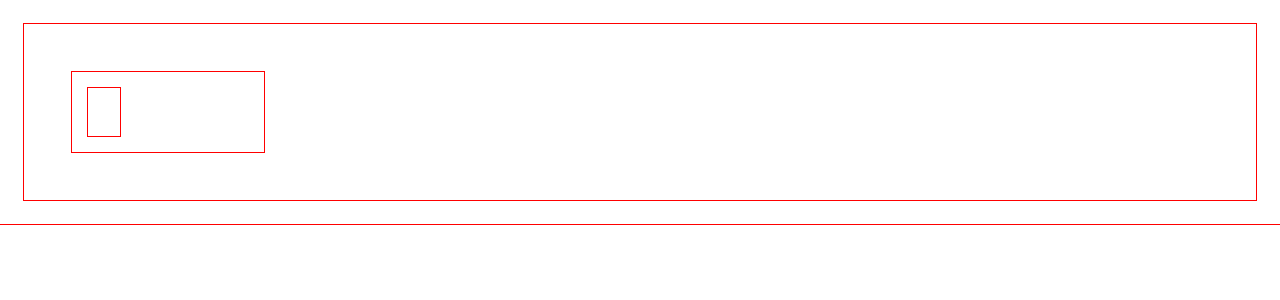
Repository: JacobSkilling-dot/Project1-Blog
Page: Week3-Blog.html
An editor plug-in stored every save of this project. The page is shown before and after the next save, followed by the edit.
The browser window is 1280 px wide. The pictures show the whole page.

Above is the page before, as saved 2023-01-16 19:46:12.

### Week3-Blog.html
<!DOCTYPE html>
<html lang="en">
<head>
    <meta charset="UTF-8">
    <meta http-equiv="X-UA-Compatible" content="IE=edge">
    <meta name="viewport" content="width=device-width, initial-scale=1.0">
    <title>Website Template</title>
    <link rel="stylesheet" href="style.css">
</head>
<body>
    <div class="main-content">
        <div class="search-bar"></div>
        <style>
            .main-content{
                width: 10rem;
                height: 3rem;
                margin: 2rem;
                display: flex;
            }

            .search-bar{
                align-content: center;
                align-items: center;

            }
        </style>
    </div>

</body>
</html>

### style.css
* {
    outline: 1px solid rgb(255, 0, 0);
    padding: 1rem;
    min-height: 1rem;
}

After the next save:
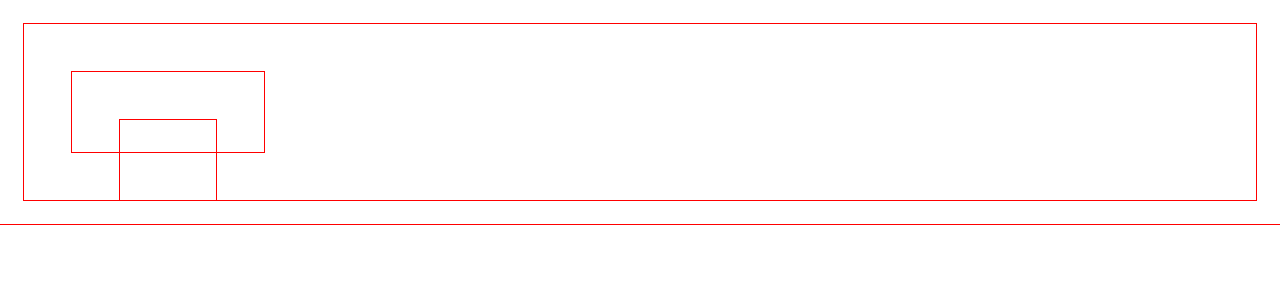
Saved 28 s later.
--- a/Week3-Blog.html
+++ b/Week3-Blog.html
@@ -15,12 +15,13 @@
                 width: 10rem;
                 height: 3rem;
                 margin: 2rem;
-                display: flex;
             }
 
             .search-bar{
                 align-content: center;
                 align-items: center;
+                height: 3rem;
+                margin: 2rem;
 
             }
         </style>
